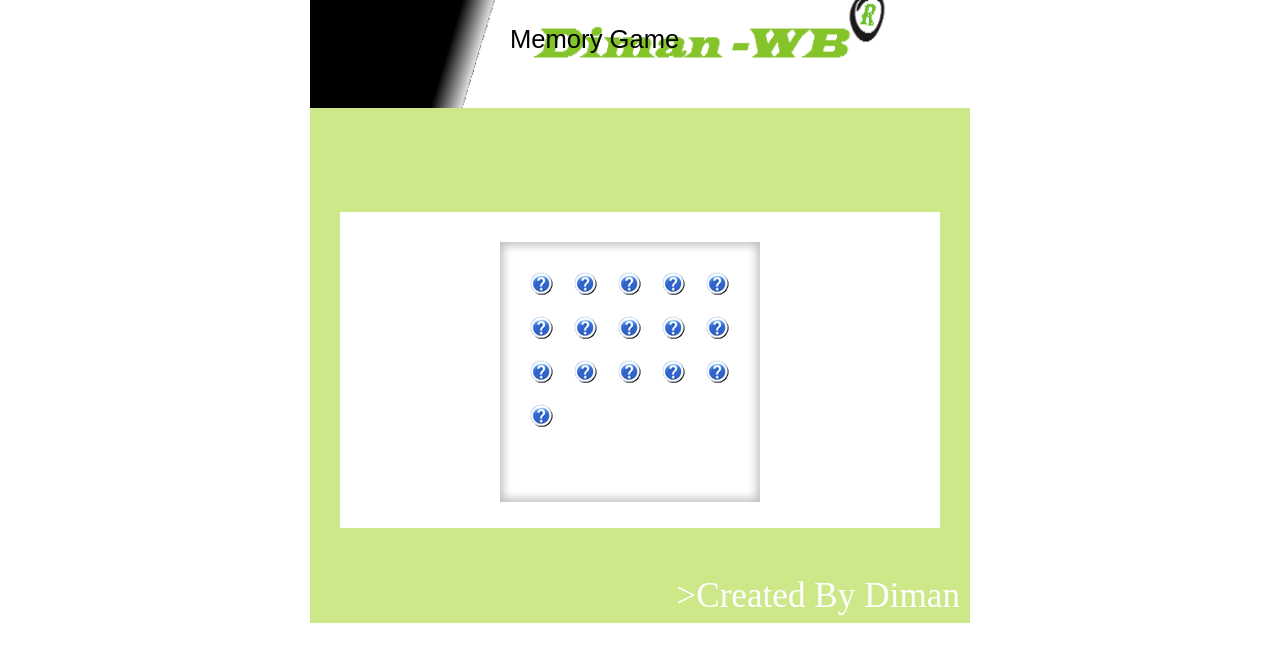
Repository: dn222em/1dv403-laborationer
Page: 3-gameon/index.html
The author's editor kept a record of every edit. The page is drawn from the files as they stood at one moment, then again after the next edit.
The browser window is 1280 px wide. The pictures show the whole page.

Above is the page before.

### 3-gameon/index.html
<!doctype html>
<html lang="sv">
<head>

        <meta charset="utf-8">
        <title>Game On</title>
        <link rel="stylesheet" href="style.css" />
        <!--<script type="text/javascript" src="memory/script/random.js"></script>-->
        <script type="text/javascript" src="memory/script/MemoryBoard.js"></script>

</head>
<body>
    <div id="container">
        <header>
			<h1>Memory Game</h1>
		</header>
    <main id="main">
        <div id="memoryBoard">
        </div>
                <br/>
        <div id="score">
        </div>
    </main>
            <footer id="footer"><p>>Created By Diman</p></footer>
    </div>
</body>

</html>

### 3-gameon/style.css



/*Reset-styleshhet
-----------------------------------------------------------------------------*/
/* http://meyerweb.com/eric/tools/css/reset/
   v2.0 | 20110126
   License: none (public domain)
*/

html, body, div, span, applet, object, iframe,
h1, h2, h3, h4, h5, h6, p, blockquote, pre,
a, abbr, acronym, address, big, cite, code,
del, dfn, em, img, ins, kbd, q, s, samp,
small, strike, strong, sub, sup, tt, var,
b, u, i, center,
dl, dt, dd, ol, ul, li,
fieldset, form, label, legend,
table, caption, tbody, tfoot, thead, tr, th, td,
article, aside, canvas, details, embed,
figure, figcaption, footer, header, hgroup,
menu, nav, output, ruby, section, summary,
time, mark, audio, video {
	margin: 0;
	padding: 0;
	border: 0;
	font-size: 100%;
	font: inherit;
	vertical-align: baseline;
}
 HTML5 display-role reset for older browsers
article, aside, details, figcaption, figure,
footer, header, hgroup, menu, nav, section {
	display: block;
}
body {
	line-height: 1;
}
ol, ul {
	list-style: none;
}
blockquote, q {
	quotes: none;
}
blockquote:before, blockquote:after,
q:before, q:after {
	content: '';
	content: none;
}
table {
	border-collapse: collapse;
	border-spacing: 0;
}
/*End of Reset - stylesheet
--------------------------------------------------------------------
/*CSS -Stylesheet
======================================================================================================*/
#container{
    width: 660px;
    height:auto;
	background-color:#cce889;/*#c2d8fc;*/
	margin:0 auto;
	padding:0;
	background-image:url("pics/20.png");
	background-repeat:no-repeat;
	background-size:660px 130px;
	margin-top:-22px;

}

h1{
	padding-top:40px;
	padding-left:200px;
	font-family:'arial';
	font-size:1.6em;
	line-height:1.7em;
}


#main {

	background-color: #FFF;
	width: 600px;
	margin:10px auto 10px auto;
	height:auto;
	margin-top:150px;
	padding-bottom:10px;
	padding-top:30px;

}




footer{
	margin-top:50px;
	clear:both;
}

footer p {
	font-family:'Pacifico', cursive;
	font-size:2.2em;
	text-align:right;
	color:#fff;
	margin:10px;
	padding-bottom:10px;
}

/*=============================memory board=========*/
#memoryBoard{
	width: 220px;
	height:220px;

	background-color:#fff;/*#e1e1e1;*/

	padding:20px 20px  20px 20px;
	margin-left:160px;
	padding-top:20px;

	box-shadow:3px 0px 8px  0px #bdbdbd inset;
	box-shadow:0px 0px 10px  3px #bdbdbd inset;
}


/*========================default pictures==============*/
.defaultPicture{
	cursor:pointer;
	float:left;
	padding-right:10px;
	padding-left:10px;
	padding-bottom:10px;
	padding-top:10px;
	width:24px;
	height:24px;

}

.defaultPicture:hover{
	-webkit-transform: scale(1.2);
    -moz-transform: scale(1.2);
    transform: scale(1.2);
}
.defaultPicture:active{
	-webkit-transform: scale(1);
    -moz-transform: scale(1);
    transform: scale(1);
}

.defaultPicture:hover{
	-webkit-transform: scale(1.2);
    -moz-transform: scale(1.2);
    transform: scale(1.2);
}
.defaultPicture:active{
	-webkit-transform: scale(1.0);
    -moz-transform: scale(1.0);
    transform: scale(1.0);
}

#score-holder{
	padding:20px 20px  20px 20px;
	padding-left:40px;
	font-family:'arial';
	font-size:1.3em;
	color:green;

}

### 3-gameon/memory/script/MemoryBoard.js
"use strict";
/* I denna fil körs vår applikation.
 * Vi använder window.onload för att starta applikationen när
 * fönstret laddat klart. *
 */
var MemoryBoard = {

    count : 0,

    init : function (){

        ++MemoryBoard.count;

        //Declare local variables
        var picture = null;
        var aTagg = null;
        var counter = 0;
        var countClicks = 0;
        var adder = 11;
        var pictures = [];
        var pictures1 =[];
        var multiPictures =[pictures, pictures1];
        var index;
        var delay = 200;
        var twoPictures = [];

        pushElements();
        randomImage();


        /*Method to create and push elements in the array and html- code */
        function pushElements(){

            for (var b=0; b<16; b++){
                aTagg = document.createElement("a");
                aTagg.id = "aTagg No"+ MemoryBoard.count;
                MemoryBoard.count++;
                aTagg.innerHTML;
                document.getElementById("memoryBoard").appendChild(aTagg);


            }
            MemoryBoard.count = 0;
            for (var i =0; i<16; i++){

                MemoryBoard.count++;

                picture = document.createElement("img");
                picture.setAttribute("src", "memory/pics/0.png");
                picture.setAttribute("onClick", "");
                picture.addEventListener("click", showImage);
                picture.id="picture No"+ MemoryBoard.count;
                picture.className="defaultPicture";
                picture.innerHTML;
                document.getElementById("aTagg No"+MemoryBoard.count).appendChild(picture);
            }
        }

        function showImage(str){

            ++countClicks;
           //Declare new variables
            var elementId = str.target.id;                          // Finds picture id
            console.log(elementId);
            var numberOfId =elementId.replace("picture No",'');     // Removes the number from id


            //Stop from changing the same picture. (look down for method giveNewId();)
            if(Number(numberOfId)>16){
                return;
            }

            var newPicture = document.getElementById(elementId);    // New variabel - new image

            for(var i=0; i<pictures.length; i++){

                if(multiPictures[1][i]==elementId){
                    newPicture.setAttribute("src", multiPictures[0][i]); // Change the picture with a random by giving a new attribute
                    index = i;
                    break;
                }
            }

            twoPictures.push(multiPictures[1][index]);              // Creates a new array with two images and two ID'es
            twoPictures.push(multiPictures[0][index]);
            newPicture.innerHTML;
            newPicture.id = giveNewId(elementId);                   // Giving new id with a bigger number (look if(Number(b)>16) some lines up)
           if(twoPictures.length === 4){
                freezePictures(str);
            }
            return countClicks;
        }

        /*Method to create an new array with all images*/
        function randomImage(){

            while(counter < 2){     //  It needs to run the //MemoryBoard.count-=MemoryBoard.count; and //randomImage(); statements twice
                ++counter;
                MemoryBoard.count -= MemoryBoard.count;

                for(var j =0; j<8;j++){ //Adding elements i arrayn
                    MemoryBoard.count++;
                    pictures.push("memory/pics/"+MemoryBoard.count+".png");
                }
            }
            MemoryBoard.count -= MemoryBoard.count;  //Adding ides in an array
            for(var k =0; k<pictures.length;k++){
                pictures1.push("picture No"+ ++MemoryBoard.count);
            }

            shuffleArray(pictures);
            /*
             * Randomize array element order in-place.
             * Using Fisher-Yates shuffle algorithm.
             */
            function shuffleArray(pictures) {
                for (var i = pictures.length - 1; i > 0; i--) {
                    var j = Math.floor(Math.random() * (i + 1));
                    var temp = pictures[i];
                    pictures[i] = pictures[j];
                    pictures[j] = temp;
                }
                return pictures;
            }
        }


        /*Method to change elemente's / picture's id */
        function giveNewId(str){

            // Declare new variables
            var oldId = str;
            var newId =oldId + adder;
            return newId;
        }

        function freezePictures(str){
            stopEventListener();
            var picture1 = null;
            var picture2 = null;

            /*
            If images are identical each other. Then remove them from arrayn and at the same time remove ID'es
            */
            if(twoPictures[1] === twoPictures[3]){
                console.log(twoPictures[1]+"  -  "+twoPictures[3]);
                multiPictures[0].splice(multiPictures[0].indexOf(twoPictures[1]),1);
                multiPictures[0].splice(multiPictures[0].indexOf(twoPictures[3]),1);
                multiPictures[1].splice(multiPictures[1].indexOf(twoPictures[0]),1);
                multiPictures[1].splice(multiPictures[1].indexOf(twoPictures[2]),1);

                console.log("Jajamen! Fortsätt så!");

                // Empty the array.
                while(twoPictures.length > 0) {
                    twoPictures.pop();}

                // Game ends right a cooment
                if (multiPictures[0].length<1 && multiPictures[1].length<1){

                    var p = document.createElement("p");
                    document.getElementById("score").appendChild(p);
                    var div = document.getElementById("score");
                    p.id = "score-holder";

                    if(countClicks > 32){
                        p.style.color="red";
                        p.innerHTML = "Skojar du! Du måste bli bättre! "+countClicks/2+" chanser är för mycket!";
                        return div.appendChild(p);
                    }
                    p.innerHTML = "Graaaaattttiiiiiiss! Du behövde bara "+countClicks/2+" chanser!";
                    div.appendChild(p);
                    return;
                }
                delay = 400;
                return setTimeout(function(){runEventListener(); },delay);
            }
            setTimeout(function(){

                    //If images are not identical each other. Then give default attribute
                    picture1= document.getElementById(twoPictures[0] + adder);//.getAttribute("src");
                    picture1.setAttribute("src", "memory/pics/0.png");
                    picture1.id = twoPictures[0];

                    picture2 = document.getElementById(twoPictures[2] + adder);
                    picture2.setAttribute("src", "memory/pics/0.png");
                    picture2.id = twoPictures[2];

                    //Empty arrayn
                    while(twoPictures.length > 0) {
                        twoPictures.pop();
                    }
                },delay);
            delay = 400;
            return setTimeout(function(){runEventListener(); },delay);
        }

        function stopEventListener(){
            for(var i=0; i<pictures.length; i++){
                var stopEvent = document.getElementsByClassName("defaultPicture")[i];
                stopEvent.removeEventListener("click", showImage);
            }
        }
        function runEventListener(){
            for(var i=0; i<pictures.length; i++){
                var addEvent = document.getElementsByClassName("defaultPicture")[i];
                addEvent.addEventListener("click", showImage);
            }
        }

    }
};

window.onload = MemoryBoard.init;

After the next edit:
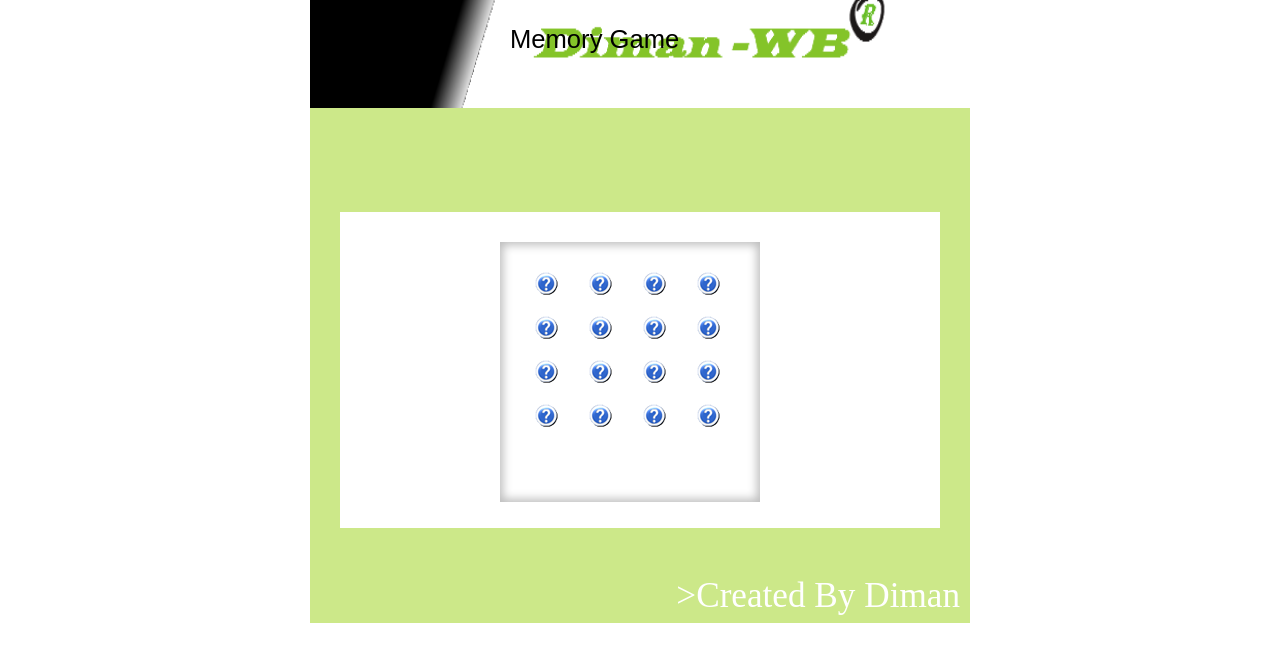
The edit:
--- a/3-gameon/style.css
+++ b/3-gameon/style.css
@@ -126,8 +126,8 @@
 .defaultPicture{
 	cursor:pointer;
 	float:left;
-	padding-right:10px;
-	padding-left:10px;
+	padding-right:15px;
+	padding-left:15px;
 	padding-bottom:10px;
 	padding-top:10px;
 	width:24px;
